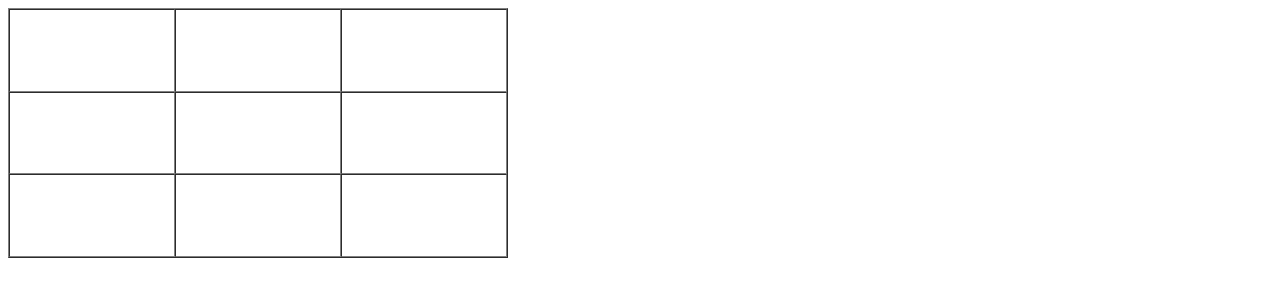
Repository: 129021/Front-end-learning
Page: 第2天/05-合并单元格.html
These files come from the project's save history. The page is drawn as it stood at one moment and after the next save; the edit follows.
The browser window is 1280 px wide. The pictures show the whole page.

Above is the page before, as saved 2021-10-15 20:11:11.

### 第2天/05-合并单元格.html
<!DOCTYPE html>
<html lang="en">

<head>
    <meta charset="UTF-8">
    <meta http-equiv="X-UA-Compatible" content="IE=edge">
    <meta name="viewport" content="width=device-width, initial-scale=1.0">
    <title>合并单元格</title>
</head>

<body>
    <table border="1" width="500" height=" 250 " cellspacing="0">
        <tr>
            <td></td>
            <td></td>
            <td></td>
        </tr>
        <tr>
            <td></td>
            <td></td>
            <td></td>
        </tr>
        <tr>
            <td></td>
            <td></td>
            <td></td>
        </tr>
    </table>
</body>

</html>

After the next save:
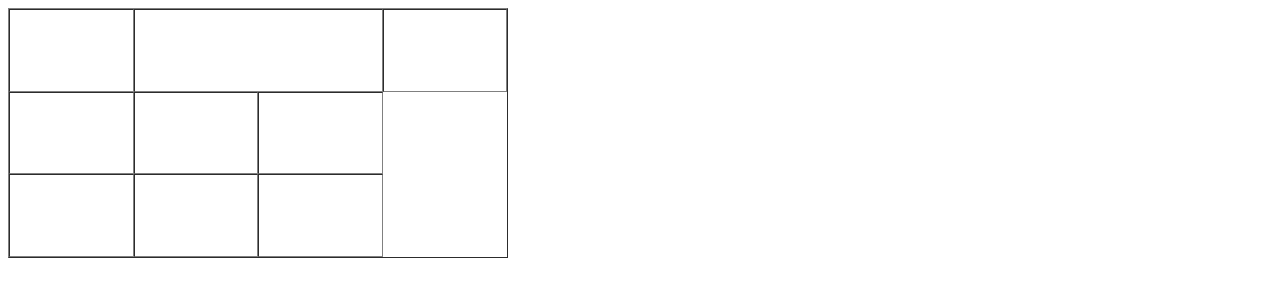
Saved 62 s later.
--- a/第2天/05-合并单元格.html
+++ b/第2天/05-合并单元格.html
@@ -12,7 +12,7 @@
     <table border="1" width="500" height=" 250 " cellspacing="0">
         <tr>
             <td></td>
-            <td></td>
+            <td colspan="2"></td>
             <td></td>
         </tr>
         <tr>
